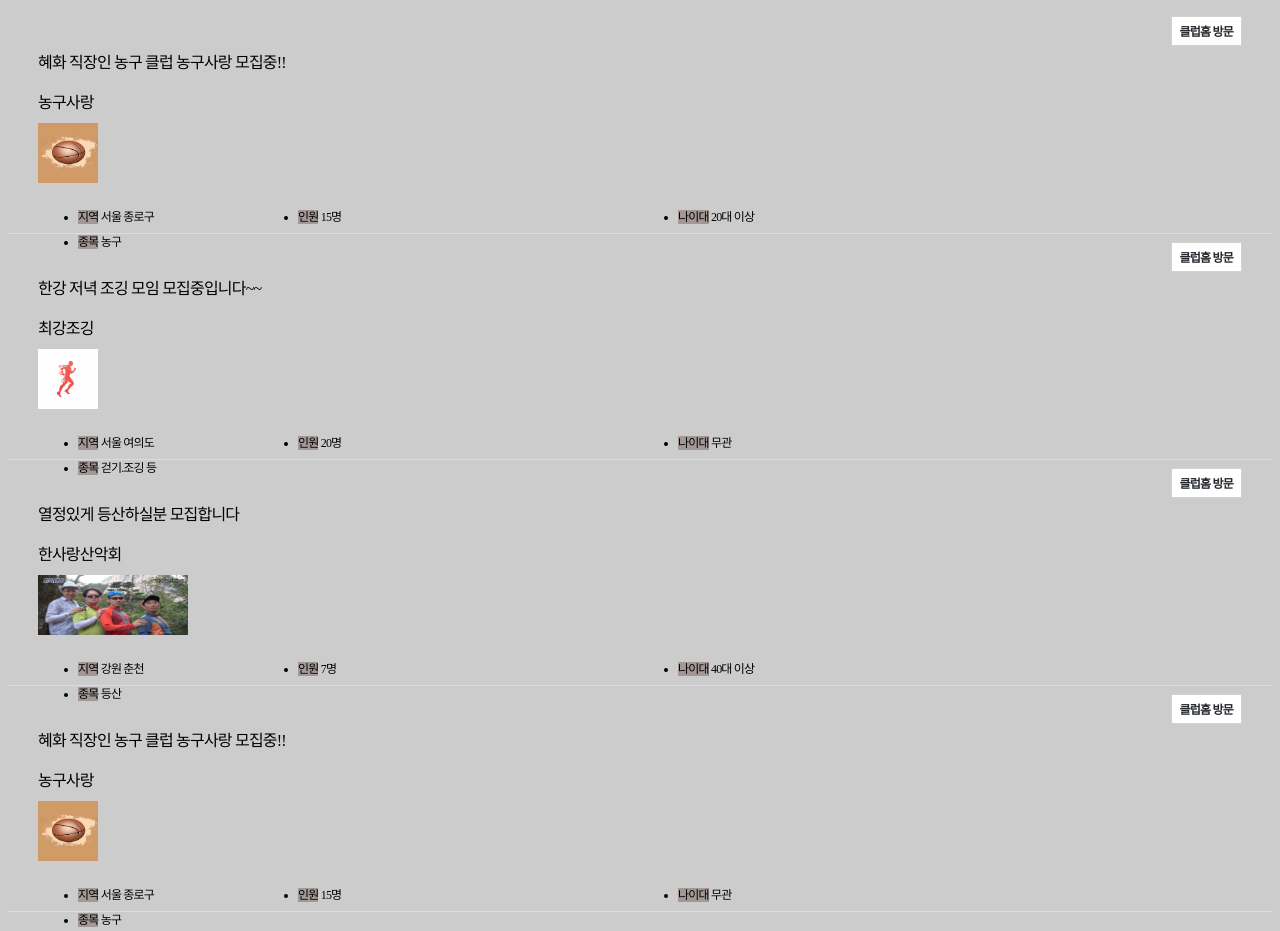
Repository: jaemin333/study
Page: club.html
The author's editor kept a copy of each file at every save. The page is drawn from the files as they stood at one save, then again after the next save.
The browser window is 1280 px wide. The pictures show the whole page.

Above is the page before, as saved 2021-07-02 02:30:30.

### club.html
<!DOCTYPE html>
<html lang="ko">
<head>
    <meta charset="UTF-8">
    <meta http-equiv="X-UA-Compatible" content="IE=edge">
    <meta name="viewport" content="width=device-width, initial-scale=1.0">
    <link rel ="stylesheet" type = "text/css" href = "style.css">
    <title>club</title>
</head>
<body>
    <div class = "clubList">
    <div class = "clubBox">
        <p class = "clubTip">
            <a>혜화 직장인 농구 클럽 농구사랑 모집중!!</a>
        </p>
    <div class ="cbClubName">
        <a>농구사랑</a>
        <a class ="iButton">클럽홈 방문</a>
    </div>

    <div class ="cbInfo">
        <div class="cbMark">
            <span class="clubmark">
                <img src = "bask.png" width="60" height="60">
        </div>
    <ul>
        <li>
            <span class = "info dark">지역</span>
             서울 종로구
        </li>
        <li style = "width:380px;">
            <span class = "info dark">인원</span>
             15명
        </li>
        <li style = "width:380px;">
            <span class = "info dark">나이대</span>
             20대 이상
        </li>
        <li style = "width:380px;">
            <span class = "info dark">종목</span>
             농구
        </li>
    </ul>
    </div>
    </div>
    </div>

    <div class = "clubList">
        <div class = "clubBox">
            <p class = "clubTip">
                <a>한강 저녁 조깅 모임 모집중입니다~~</a>
            </p>
        <div class ="cbClubName">
            <a>최강조깅</a>
            <a class ="iButton">클럽홈 방문</a>
        </div>

        <div class ="cbInfo">
            <div class="cbMark">
                <span class="clubmark">
                    <img src = "run.jpg" width="60" height="60">
            </div>
        <ul>
            <li>
                <span class = "info dark">지역</span>
                 서울 여의도
            </li>
            <li style = "width:380px;">
                <span class = "info dark">인원</span>
                 20명
            </li>
            <li style = "width:380px;">
                <span class = "info dark">나이대</span>
                 무관
            </li>
            <li style = "width:380px;">
                <span class = "info dark">종목</span>
                 걷기.조깅 등
            </li>
        </ul>
        </div>
        </div>
        </div>

        <div class = "clubList">
            <div class = "clubBox">
                <p class = "clubTip">
                    <a>열정있게 등산하실분 모집합니다</a>
                </p>
            <div class ="cbClubName">
                <a>한사랑산악회</a>
                <a class ="iButton">클럽홈 방문</a>
            </div>

            <div class ="cbInfo">
                <div class="cbMark">
                    <span class="clubmark">
                        <img src = "hike.png" width="150" height="60">
                </div>
            <ul>
                <li>
                    <span class = "info dark">지역</span>
                     강원 춘천
                </li>
                <li style = "width:380px;">
                    <span class = "info dark">인원</span>
                     7명
                </li>
                <li style = "width:380px;">
                    <span class = "info dark">나이대</span>
                     40대 이상
                </li>
                <li style = "width:380px;">
                    <span class = "info dark">종목</span>
                     등산
                </li>
            </ul>
            </div>
            </div>
            </div>


            <div class = "clubList">
                <div class = "clubBox">
                    <p class = "clubTip">
                        <a>혜화 직장인 농구 클럽 농구사랑 모집중!!</a>
                    </p>
                <div class ="cbClubName">
                    <a>농구사랑</a>
                    <a class ="iButton">클럽홈 방문</a>
                </div>

                <div class ="cbInfo">
                    <div class="cbMark">
                        <span class="clubmark">
                            <img src = "bask.png" width="60" height="60">
                    </div>
                <ul>
                    <li>
                        <span class = "info dark">지역</span>
                         서울 종로구
                    </li>
                    <li style = "width:380px;">
                        <span class = "info dark">인원</span>
                         15명
                    </li>
                    <li style = "width:380px;">
                        <span class = "info dark">나이대</span>
                         무관
                    </li>
                    <li style = "width:380px;">
                        <span class = "info dark">종목</span>
                         농구
                    </li>
                </ul>
                </div>
                </div>
                </div>








</body>
</html>

### style.css
div {
    display:block;
}



body {
    background-color: #ccc;
    word-break: break-all;
    -ms-word-break: break-all;
    letter-spacing: -0.050em;
}


.clubBox{
    position: relative;
    padding: 25px 30px 30px 30px;
    border-bottom: 1px solid #dddddd;
}


ul{
    display: block;
    margin-block-start: 1em;
    margin-block-end: 1em;
    margin-inline-start: 0px;
    margin-inline-end: 0px;
    padding-inline-start: 40px;
}

.clubBox li .info.dark{
    background-color: #a39895;
}

.iButton {
    display: inline-block;
    height: 18px;
    padding: 5px 8px;
    font-size: 12px;
    font-weight: bold;
    color: #24272c;
    text-align: center;
    background-color: white;
    border: 1px solid #d4d1d1;
}

.clubBox .iButton {
    position: absolute;
    top: 8px;
    right: 30px;
}

li {
    display: list-item;
    text-align: -webkit-match-parent;
}

.clubBox .cbInfo li {
    float: left;
    width: 220px;
    margin: 4px 0 3px 0;
    font-size: 12px;
    color: black;
}

.cbClubName {
    padding-bottom: 10px;
}

After the next save:
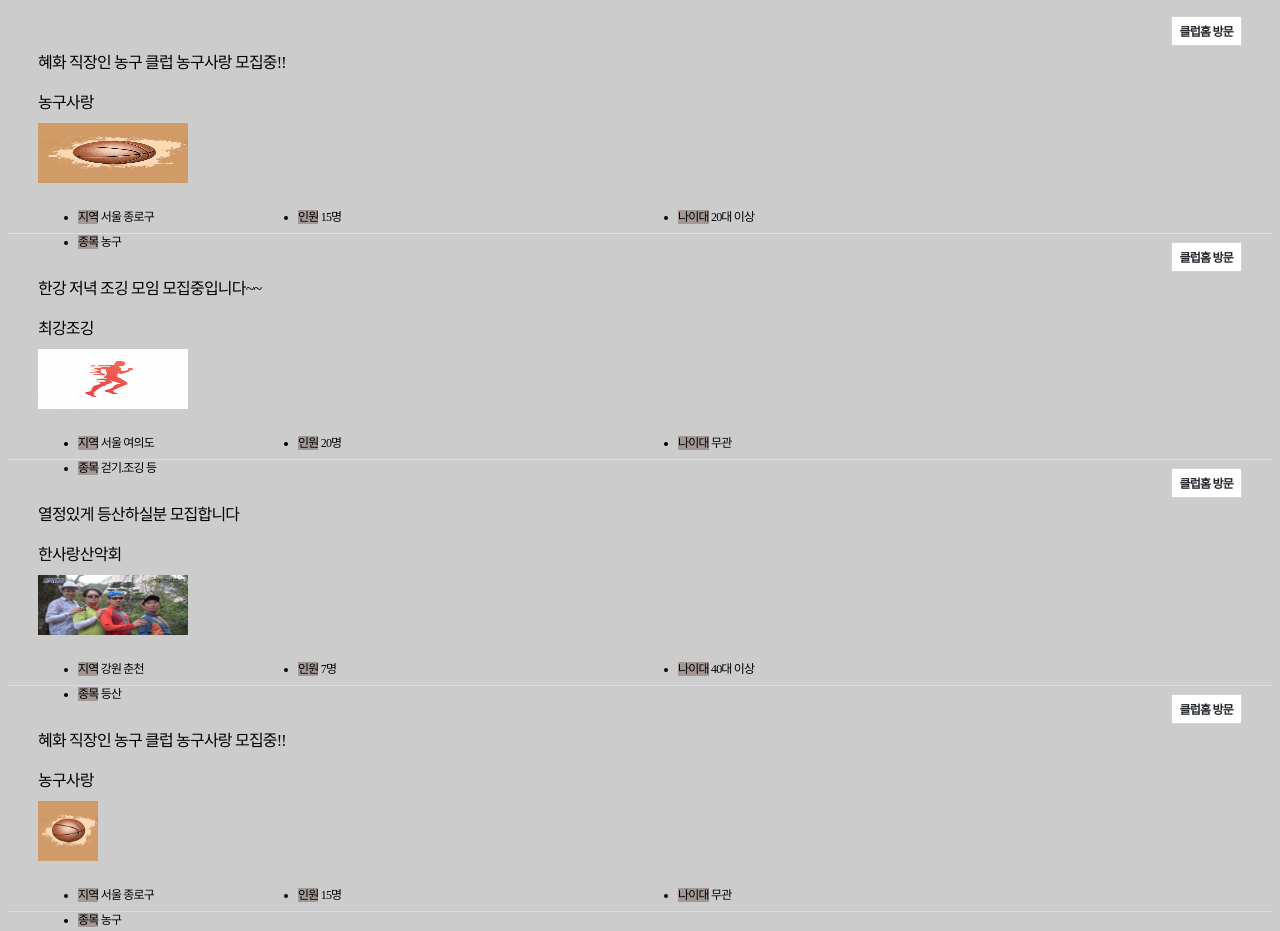
Saved 16 s later.
--- a/club.html
+++ b/club.html
@@ -21,7 +21,7 @@
     <div class ="cbInfo">
         <div class="cbMark">
             <span class="clubmark">
-                <img src = "bask.png" width="60" height="60">
+                <img src = "bask.png" width="150" height="60">
         </div>
     <ul>
         <li>
@@ -58,7 +58,7 @@
         <div class ="cbInfo">
             <div class="cbMark">
                 <span class="clubmark">
-                    <img src = "run.jpg" width="60" height="60">
+                    <img src = "run.jpg" width="150" height="60">
             </div>
         <ul>
             <li>
